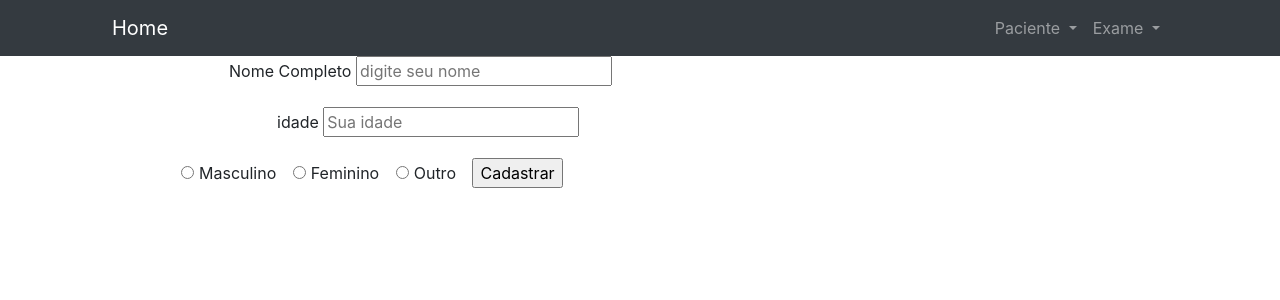
Repository: noobDevPRB/struts2_project
Page: http://localhost/Projeto_SOCTest/
An editor plug-in stored every save of this project. The page is shown before and after the next save, followed by the edit.
The browser window is 1280 px wide. The pictures show the whole page.
The page is served by Tomcat 9. Nobody is signed in. The application's start-up code is not run.

Above is the page before, as saved 2020-10-17 18:40:54.

After the next save:
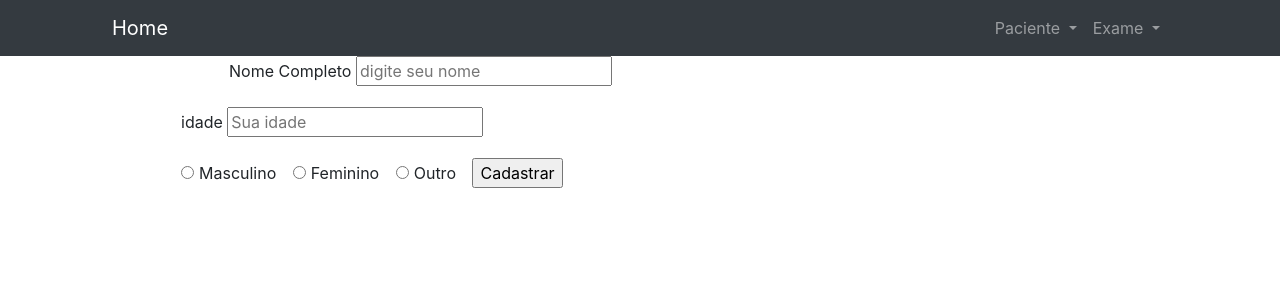
Saved 9 s later.
--- a/Projeto_SOCTest/WebContent/index.jsp
+++ b/Projeto_SOCTest/WebContent/index.jsp
@@ -48,7 +48,7 @@
 						<label>Nome Completo</label>
 						<input type="text" required="required" pattern="[a-z\s]+$" maxlength="40" placeholder="digite seu nome" name="paciente.nm_cmplt">
 					</div>
-					<div class="form-group px-5 mx-5">
+					<div class="form-group">
 						<label for="formGroupExampleInput2">idade</label>
 						<input type="number" required="required" placeholder="Sua idade" name="paciente.idade">
 					</div>
